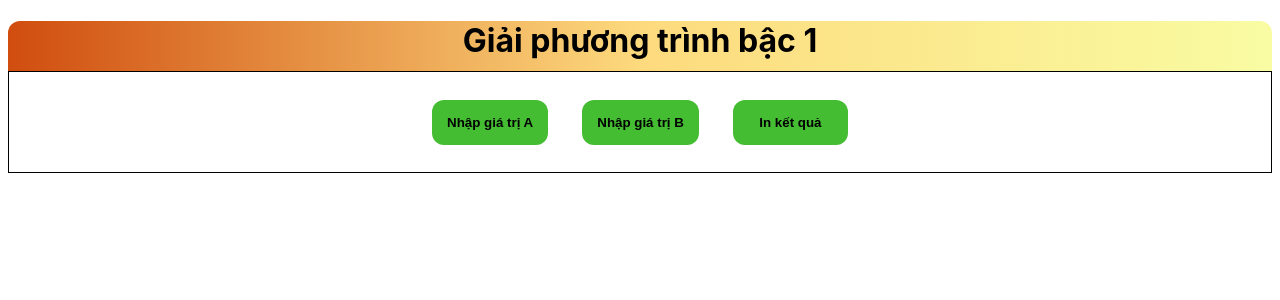
Repository: AnhDuc0125/HTML-Aptech
Page: bt2018/index.html
The author's editor kept a copy of each file at every save. The page is drawn from the files as they stood at one save, then again after the next save.
The browser window is 1280 px wide. The pictures show the whole page.

Above is the page before, as saved 2021-11-26 22:07:33.

After the next save:
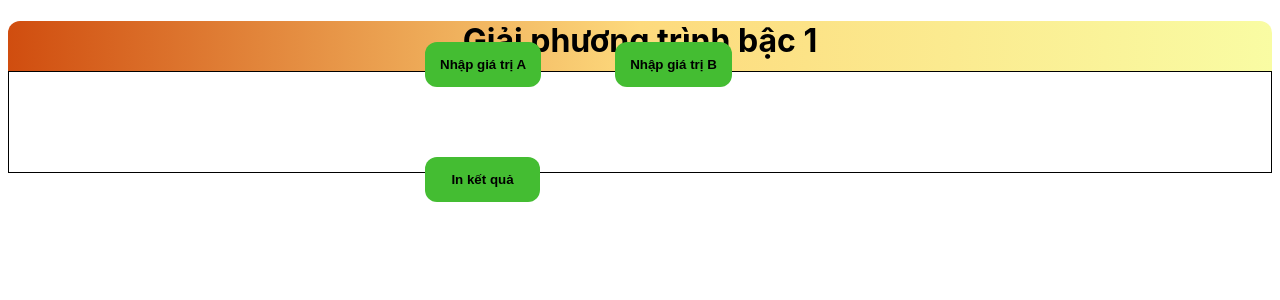
Saved 4 s later.
--- a/bt2018/index.html
+++ b/bt2018/index.html
@@ -30,7 +30,7 @@
 
         button {
             padding: 15px;
-            margin: 15px;
+            margin: 35px;
             min-width: 115px;
             background-color: #44bd32;
             border: none;
